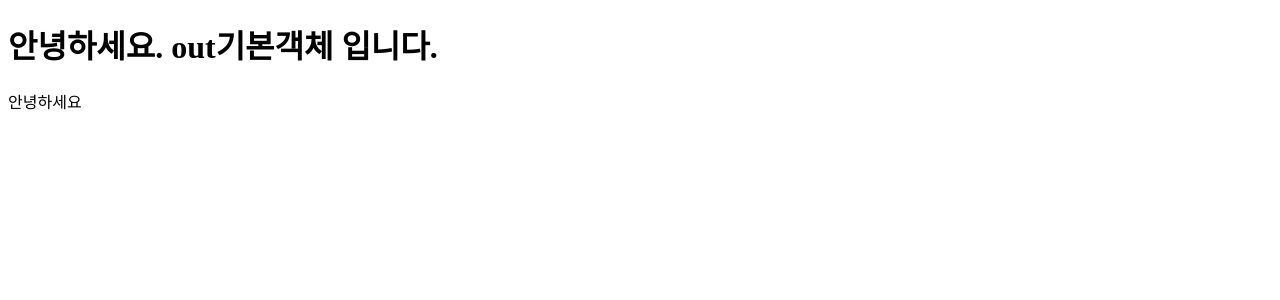
Repository: yeobleeme/06_jsp_basic
Page: http://localhost/jsp01_basic/jsp04_object/jsp01_out.jsp
An editor plug-in stored every save of this project. The page is shown before and after the next save, followed by the edit.
The browser window is 1280 px wide. The pictures show the whole page.
The page is served by Tomcat 9. Nobody is signed in. The application's start-up code is not run. Other server files are loaded and not shown.

Above is the page before, as saved 2023-05-11 00:56:36.

### jsp01_basic/WebContent/jsp04_object/jsp01_out.jsp
<%@page language="java" contentType="text/html; charset=UTF-8" pageEncoding="UTF-8"%>
<!DOCTYPE html>
<!--
    JSP에서 사용하는 기본객체의 영역:scope

    A. 기본객체

      1) request(javax.servlet.http.HttpServletRequest) : 클라이언트의 요청정보를 저장
      2) response(javax.servlet.http.HttpServletResponse) : 웹서버의 응답정보를 저장
      3) out(javax.servlet.jsp.JspWriter) : jsp페이지의 생성결과를 출력할 때 사용하는 출력문자스트림
      4) pageContext(javax.servlet.jsp.PageContext) : jsp페이지에 대한 정보를 저장
      5) session(javax.servlet.http.HttpSession) : HTTP세션정보를 저장
      6) application(javax.servlet.jsp.ServletContext) : 웹애플리케이션에 대한 정보를 저장
      7) page(java.lang.Object) : jsp페이지를 구현한 자바클래스의 인스턴스(객체)
      8) config(javax,servlet.ServletConfig) : jsp페이지에 대한 설정정보를 저장
      9) exception(java.lang.Throwable) Exception객체, 에러페이지라고 정의된 페이지에서만 사용가능
-->
<!--
	1. out 기본객체

	  out객체는 웹브라우저에 데이터를 전송하는 출력스트림으로서 jsp가 생성한 데이터를 웹페이지에 출력한다.

	  1) out객체의 출력메서드

	   a. print() : 데이터를 출력(줄바꿈을 하지 않음)
	   b. println() : 데이터를 출력 후 줄바꿈
	   c. newLine() : 줄바꿈
	   d. write() : dom태그를 html로 출력

	  2) out객체의 buffer관련 메서드

	   a. getBufferSize() : 버퍼 크기를 리턴
	   b. getRemaining() : 버퍼의 잔량을 리턴
	   c. clear() : 버퍼 전체를 비움, 이미 flush가 되어 있다면 예외 발생
	   d. clearBuffer() : 버퍼 전체를 비움, 이미 flush가 되어 있어도 예외가 발생하지 않음
	   e. flush() : 버퍼를 flush 처리
	   f. isAutoFlush() : 자동 flush 여부를 boolean으로 리턴
-->
<html>
<head>
<meta charset="UTF-8">
<title>Insert title here</title>
</head>
<body>
	<% out.print("<h1>안녕하세요. out기본객체 입니다.</h1>"); %>
	<% out.print("안녕하세요"); %>

</body>
</html>

After the next save:
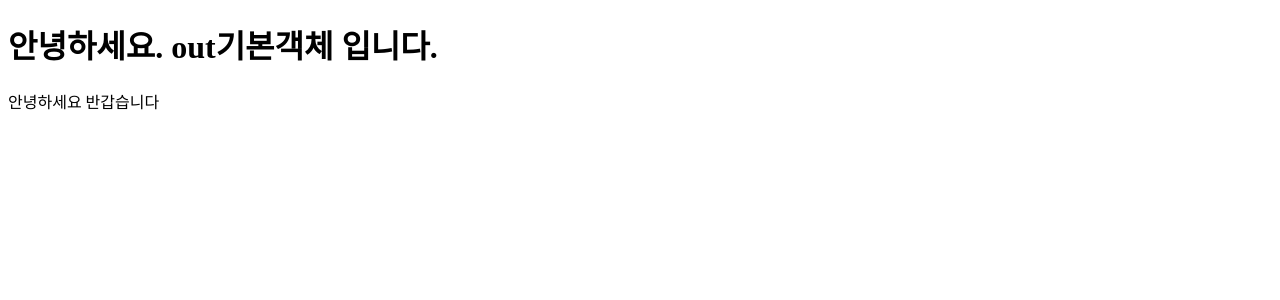
Saved 17 s later.
--- a/jsp01_basic/WebContent/jsp04_object/jsp01_out.jsp
+++ b/jsp01_basic/WebContent/jsp04_object/jsp01_out.jsp
@@ -44,6 +44,6 @@
 <body>
 	<% out.print("<h1>안녕하세요. out기본객체 입니다.</h1>"); %>
 	<% out.print("안녕하세요"); %>
-
+	<% out.print("반갑습니다"); %>
 </body>
 </html>
